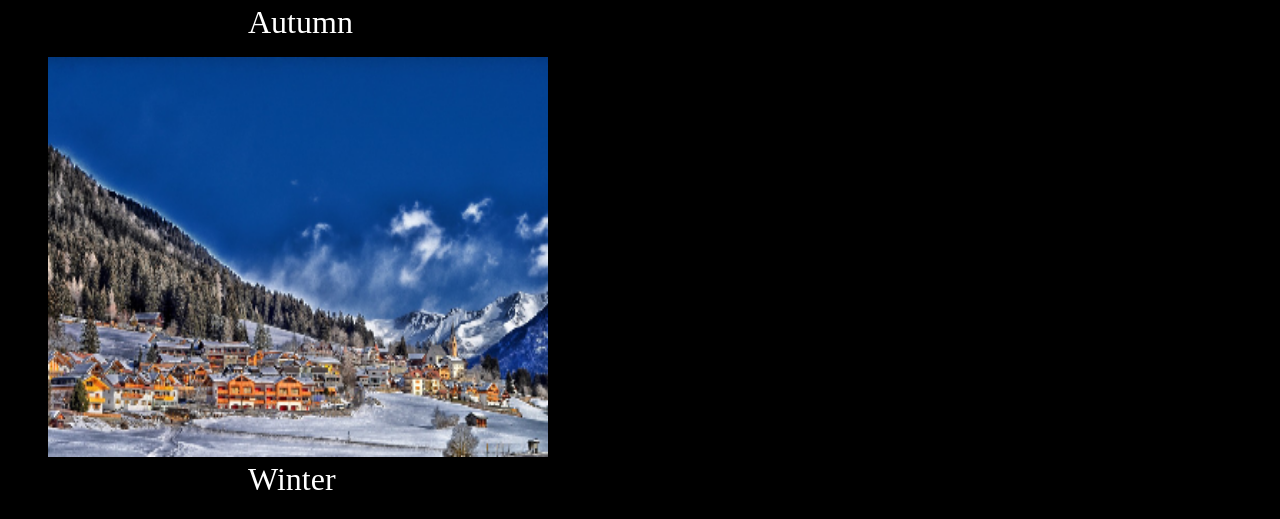
Repository: TheRealCisco/f2017CST336
Page: Challenge/ch1.html
The author's editor kept a record of every edit. The page is drawn from the files as they stood at one moment, then again after the next edit.
The browser window is 1280 px wide. The pictures show the part of the page from y = 1112 to 1631 px (the page is 1631 px tall before and 1531 px after).

Above is the page before.

### Challenge/ch1.html
<!DOCTYPE html>
<html>


        <meta charset="utf-8"/>
        <title>
            The Seasons
        </title>
        <link href="seasons.css" rel="stylesheet" type="text/css" />
    <body id = "body">
        <header>
            <h1>
                   The Seasons
            </h1>

        </header>
        <main>
            <figure class="img">
                <div id="img1">
                    <img src="Pic/spring.png" alt="Picture of spring" style="width:400px;height:300px;"/>
                </div>
            <figcaption id="txt">
                Spring
            </figcaption>
            </figure>
            <figure class="img">
                <div id="img2">
                    <img src="Pic/summer.png" alt="Picture of summer"style="width:400px;height:300px;"/>
                </div>
            <figcaption id="txt">
                Summer
            </figcaption>
            </figure>



        </main>
        <hr>

        <footer>
            <figure class="img">
                <div id="img3">
                    <img src="Pic/fall.png" alt="Picture of fall"style="width:400px;height:300px;"/>
                </div>
            <figcaption id="txt">
                Autumn
            </figcaption>
            </figure>
            <figure class="img">
                <div id="img4">
                    <img src="Pic/winter.png" alt="Picture of winter"style="width:500px;height:400px;"/>
                </div>
            <figcaption id="txt">
                Winter
            </figcaption>
            </figure>
        </footer>


    </body>


</html>

### Challenge/seasons.css
body{
    background-color: black;
    font-family:'Pacfico',cursive;
}
h1{
    text-align:center;
    color:yellow;
}

#img:hover{
    display:inline-block;
    -webkit-transform: scale(1.2);
    -ms-transform: scale(1.2);
    transform: scale(1.3);

}
#txt{
    color:white;
    padding-left: 200px;
    font-size: 200%;

}

#img1{

    border-top-left-radius: 4em;
    overflow:hidden;
}
#img2{

    border-top-right-radius: 4em;
    overflow:hidden;
}
#img3{

    border-bottom-left-radius: 4em;
    overflow:hidden;
}
#img4{

    border-bottom-right-radius: 4em;
    overflow:hidden;
}

After the next edit:
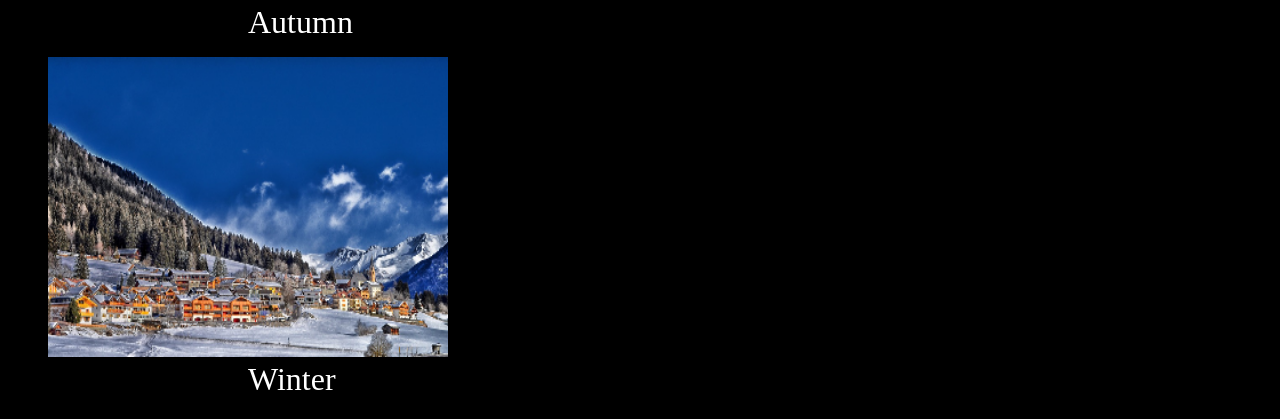
The edit:
--- a/Challenge/ch1.html
+++ b/Challenge/ch1.html
@@ -48,7 +48,7 @@
             </figure>
             <figure class="img">
                 <div id="img4">
-                    <img src="Pic/winter.png" alt="Picture of winter"style="width:500px;height:400px;"/>
+                    <img src="Pic/winter.png" alt="Picture of winter"style="width:400px;height:300px;"/>
                 </div>
             <figcaption id="txt">
                 Winter
